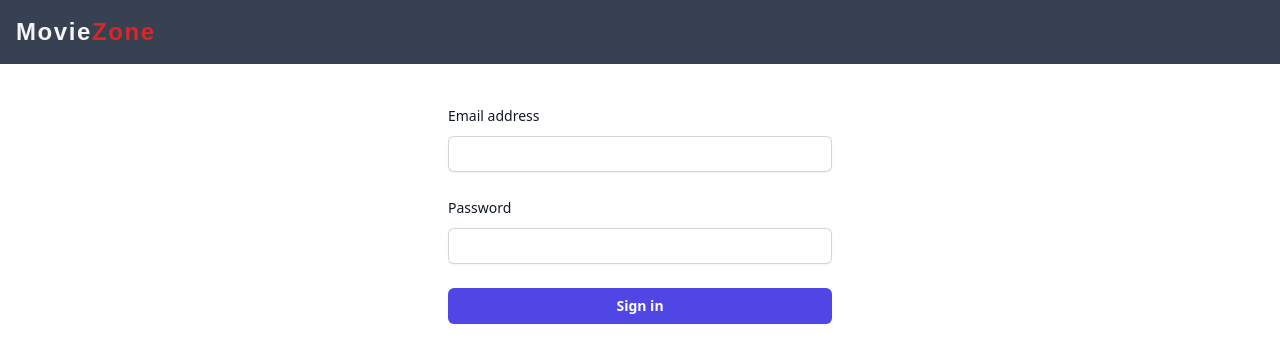
Repository: Ucheobikingsley/movie_catalogue
Page: /addmovie (app in etap_movie_catalog/)
An editor plug-in stored every save of this project. The page is shown before and after the next save, followed by the edit.
The browser window is 1280 px wide. The pictures show the whole page.
Some web fonts or font styles are not loaded; a fallback is used. The project was rebuilt for these pictures with package versions that can differ from the ones it lists, and the page was loaded fresh each time. The framework's server and built-in components were replaced by stand-ins that run in the browser. Also part of the build but not shown: etap_movie_catalog/next.config.js.

Above is the page before, as saved 2023-05-01 09:15:08.

### etap_movie_catalog/pages/_app.tsx
import { Layout } from '@/components/Layout'
import '@/styles/globals.css'
import type { AppProps } from 'next/app'

export default function App({ Component, pageProps }: AppProps) {
  return(
    <Layout>
        <Component {...pageProps} />
    </Layout>
  )


}

### etap_movie_catalog/pages/addmovie.tsx
import React from 'react'

const addmovie = () => {
  return (
    <div className="mt-10 sm:mx-auto sm:w-full sm:max-w-sm">
    <form className="space-y-6" action="#" method="POST">
      <div>
        <label  className="block text-sm font-medium leading-6 text-gray-900">Email address</label>
        <div className="mt-2">
          <input id="email" name="email" type="email"  required className="block w-full rounded-md border-0 py-1.5 text-gray-900 shadow-sm ring-1 ring-inset ring-gray-300 placeholder:text-gray-400 focus:ring-2 focus:ring-inset focus:ring-indigo-600 sm:text-sm sm:leading-6"/>
        </div>
      </div>

      <div>
        <div className="flex items-center justify-between">
          <label  className="block text-sm font-medium leading-6 text-gray-900">Password</label>

        </div>
        <div className="mt-2">
          <input id="password" name="password" type="password" required className="block w-full rounded-md border-0 py-1.5 text-gray-900 shadow-sm ring-1 ring-inset ring-gray-300 placeholder:text-gray-400 focus:ring-2 focus:ring-inset focus:ring-indigo-600 sm:text-sm sm:leading-6"/>
        </div>
      </div>

      <div>
        <button type="submit" className="flex w-full justify-center rounded-md bg-indigo-600 px-3 py-1.5 text-sm font-semibold leading-6 text-white shadow-sm hover:bg-indigo-500 focus-visible:outline focus-visible:outline-2 focus-visible:outline-offset-2 focus-visible:outline-indigo-600">Sign in</button>
      </div>
    </form>


  </div>
  )
}

export default addmovie

### etap_movie_catalog/components/Layout.tsx
import React,{ReactNode} from 'react'
import Navbar from './Navbar'
type LayoutProps = {children?: ReactNode}
export const Layout = ({children}:LayoutProps) => {
  return (
    <>
    <Navbar/>
    <main>
        {children}
    </main>
    </>
  )
}

### etap_movie_catalog/styles/globals.css
@import url('https://fonts.googleapis.com/css2?family=Comme&display=swap');
@tailwind base;
@tailwind components;
@tailwind utilities;

/* :root {
  --foreground-rgb: 0, 0, 0;
  --background-start-rgb: 214, 219, 220;
  --background-end-rgb: 255, 255, 255;
}

@media (prefers-color-scheme: dark) {
  :root {
    --foreground-rgb: 255, 255, 255;
    --background-start-rgb: 0, 0, 0;
    --background-end-rgb: 0, 0, 0;
  }
}

body {
  color: rgb(var(--foreground-rgb));
  background: linear-gradient(
      to bottom,
      transparent,
      rgb(var(--background-end-rgb))
    )
    rgb(var(--background-start-rgb));
} */

### etap_movie_catalog/components/Navbar.tsx
import Link from 'next/link'
import React from 'react'

const Navbar = () => {
  return (
    <div className='bg-gray-700 '>
        <div className="font-bold text-neutral-100 p-4 max-w-7xl mx-auto container tracking-widest font-neue">
            <Link href="/" className='text-base md:text-2xl'>
                Movie<span className='text-red-600'>Zone</span>
            </Link>

        </div>
    </div>
  )
}

export default Navbar

### etap_movie_catalog/tailwind.config.js
/** @type {import('tailwindcss').Config} */
module.exports = {
  content: [
    "./pages/**/*.{js,ts,jsx,tsx,mdx}",
    "./components/**/*.{js,ts,jsx,tsx,mdx}",
    "./app/**/*.{js,ts,jsx,tsx,mdx}",
  ],
  theme: {
    extend: {
      backgroundImage: {
        "gradient-radial": "radial-gradient(var(--tw-gradient-stops))",
        "gradient-conic":
          "conic-gradient(from 180deg at 50% 50%, var(--tw-gradient-stops))",
      },
      fontFamily: {
        neue: ["Comme", "sans-serif"],
      },
    },
  },
  plugins: [],
};

Loaded but not shown: etap_movie_catalog/pages/_document.tsx (common file)

After the next save:
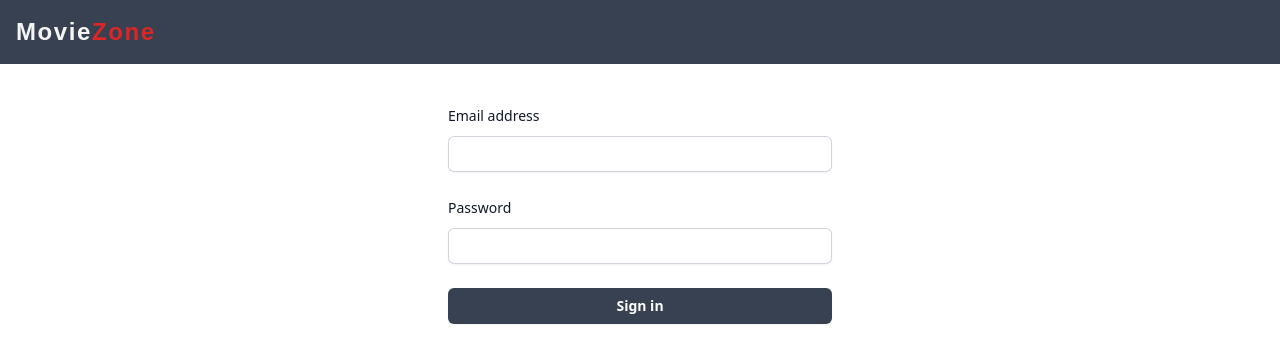
Saved 11 s later.
--- a/etap_movie_catalog/pages/addmovie.tsx
+++ b/etap_movie_catalog/pages/addmovie.tsx
@@ -22,7 +22,7 @@
       </div>
 
       <div>
-        <button type="submit" className="flex w-full justify-center rounded-md bg-indigo-600 px-3 py-1.5 text-sm font-semibold leading-6 text-white shadow-sm hover:bg-indigo-500 focus-visible:outline focus-visible:outline-2 focus-visible:outline-offset-2 focus-visible:outline-indigo-600">Sign in</button>
+        <button type="submit" className="flex w-full justify-center rounded-md bg-gray-700 px-3 py-1.5 text-sm font-semibold leading-6 text-white shadow-sm hover:bg-indigo-500 focus-visible:outline focus-visible:outline-2 focus-visible:outline-offset-2 focus-visible:outline-indigo-600">Sign in</button>
       </div>
     </form>
 
